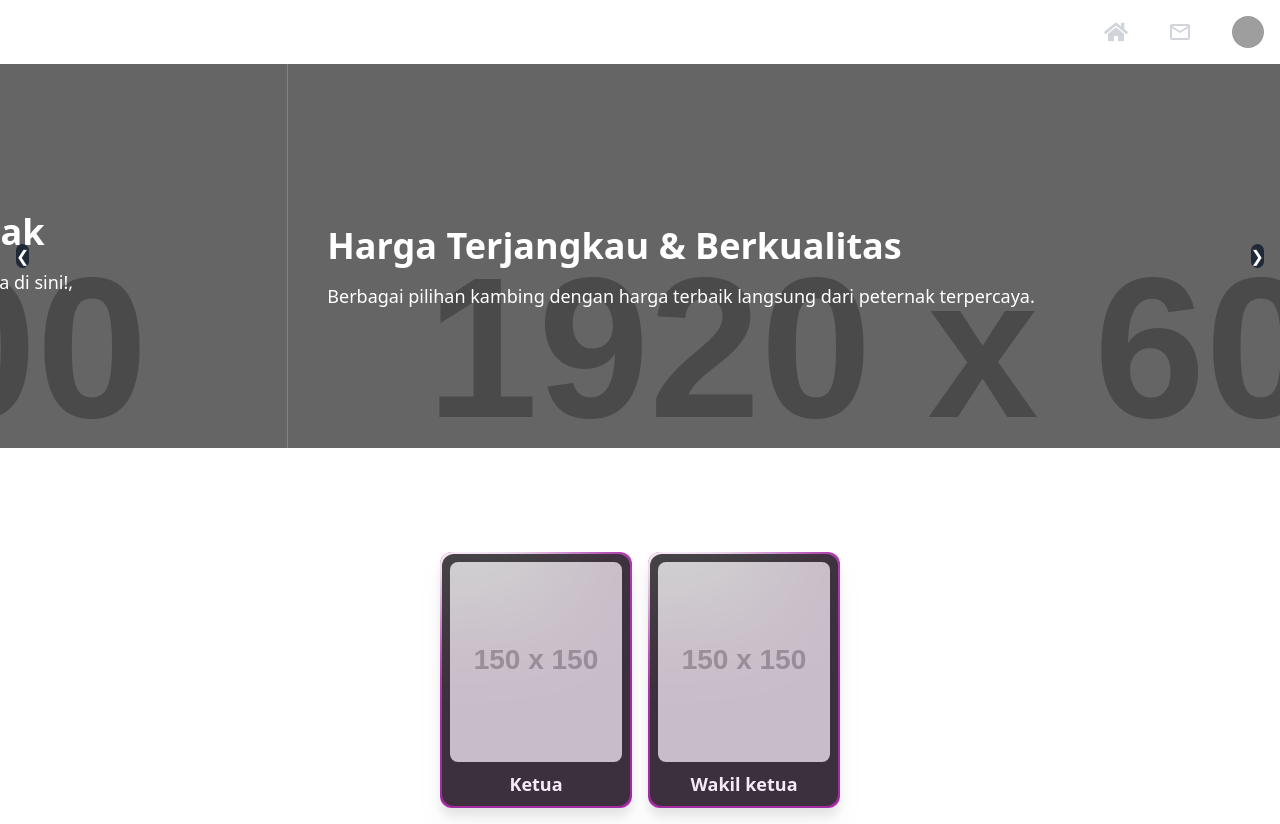
Repository: MUHAMADTEGARWIJAYA/himaif
Page: /
The author's editor kept a copy of each file at every save. The page is drawn from the files as they stood at one save, then again after the next save.
The browser window is 1280 px wide. The pictures show the whole page.
Pictures or frames that could not be fetched are drawn as grey boxes. The project was rebuilt for these pictures with package versions that can differ from the ones it lists, and the page was loaded fresh each time. Also part of the build but not shown: vite.config.js.

Above is the page before, as saved 2024-12-21 14:01:28.

After the next save:
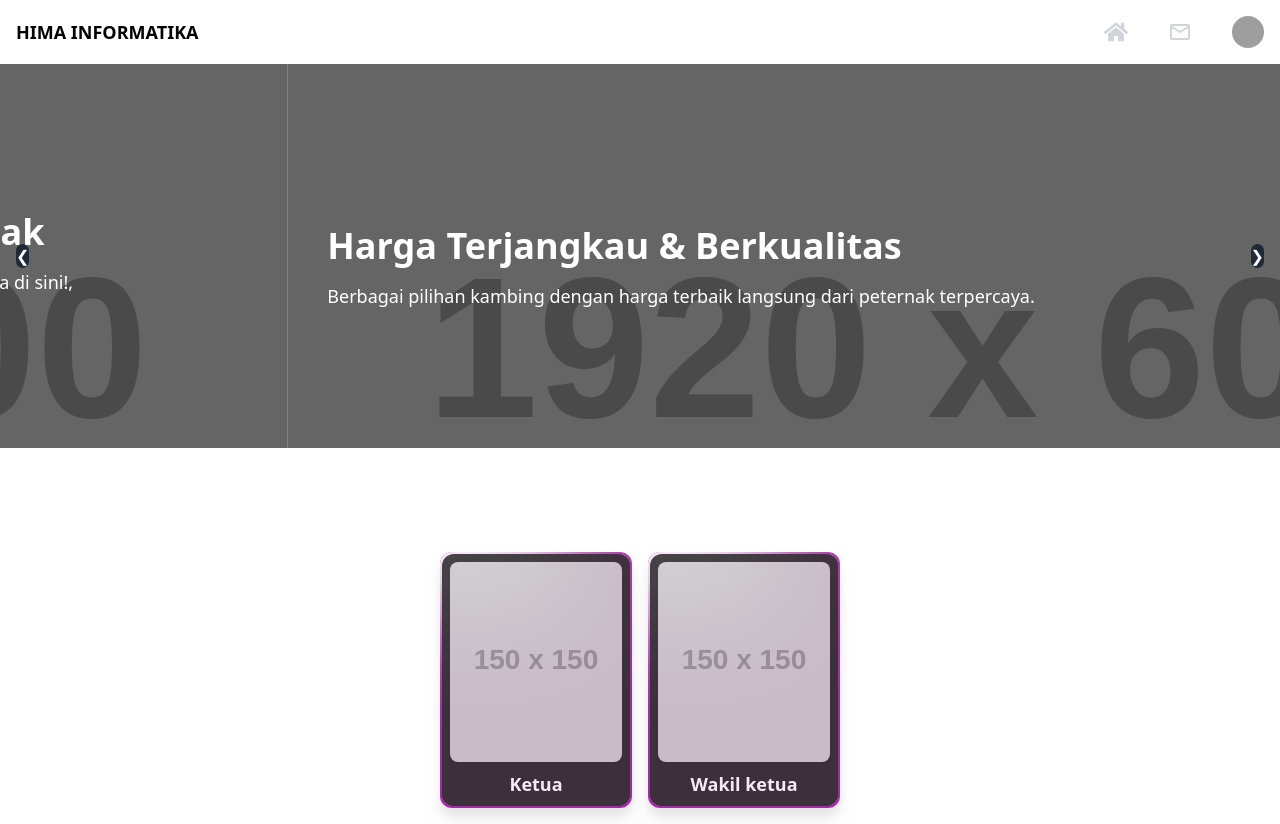
Saved 27 s later.
--- a/src/pages/Navbar.jsx
+++ b/src/pages/Navbar.jsx
@@ -32,7 +32,7 @@ const Navbar = () => {
       >
         {/* Bagian Kiri */}
         <div className="flex items-center">
-          <span className="text-lg font-bold">HIMA INFORMATIKA</span>
+          <span className="text-lg font-bold text-black">HIMA INFORMATIKA</span>
         </div>
 
         {/* Bagian Kanan */}
